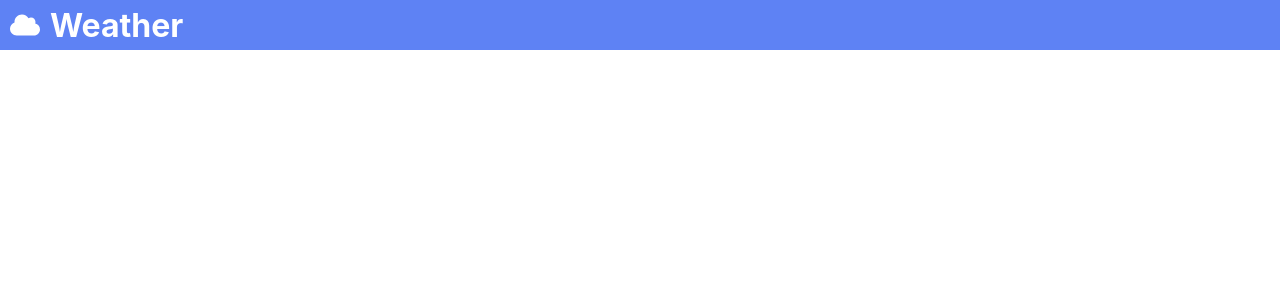
Repository: ahmedazawi/weather-app
Page: /
The author's editor kept a copy of each file at every save. The page is drawn from the files as they stood at one save, then again after the next save.
The browser window is 1280 px wide. The pictures show the whole page.
The project was rebuilt for these pictures with package versions that can differ from the ones it lists, and the page was loaded fresh each time.

Above is the page before, as saved 2022-11-29 20:44:25.

After the next save:
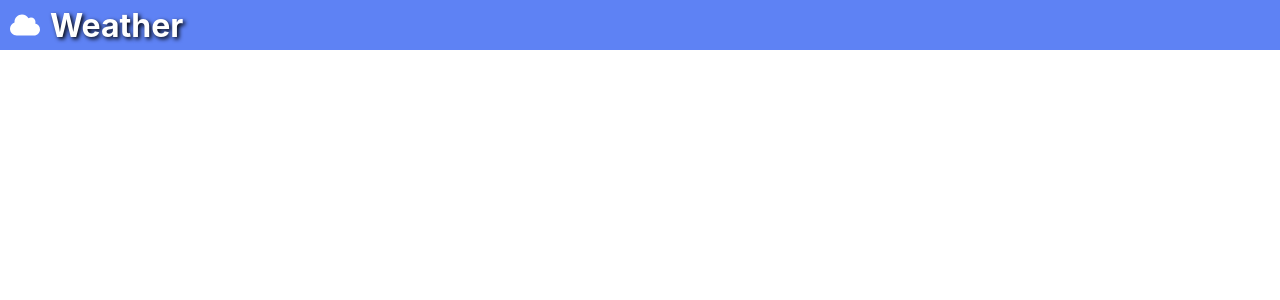
Saved 15 s later.
--- a/src/layout/Header.js
+++ b/src/layout/Header.js
@@ -14,7 +14,15 @@ const Header = () => {
         />
       </div>
 
-      <h1 style={{ color: "white", marginLeft: "10px" }}>Weather</h1>
+      <h1
+        style={{
+          color: "white",
+          marginLeft: "10px",
+          textShadow: " 2px 2px 4px black",
+        }}
+      >
+        Weather
+      </h1>
     </div>
   );
 };

After the save that followed:
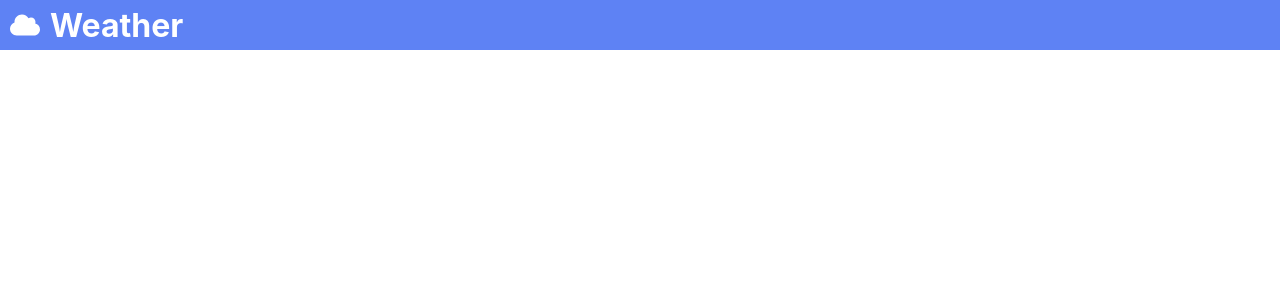
Saved 6 s later.
--- a/src/layout/Header.js
+++ b/src/layout/Header.js
@@ -14,15 +14,7 @@ const Header = () => {
         />
       </div>
 
-      <h1
-        style={{
-          color: "white",
-          marginLeft: "10px",
-          textShadow: " 2px 2px 4px black",
-        }}
-      >
-        Weather
-      </h1>
+      <h1 style={{ color: "white", marginLeft: "10px" }}>Weather</h1>
     </div>
   );
 };
